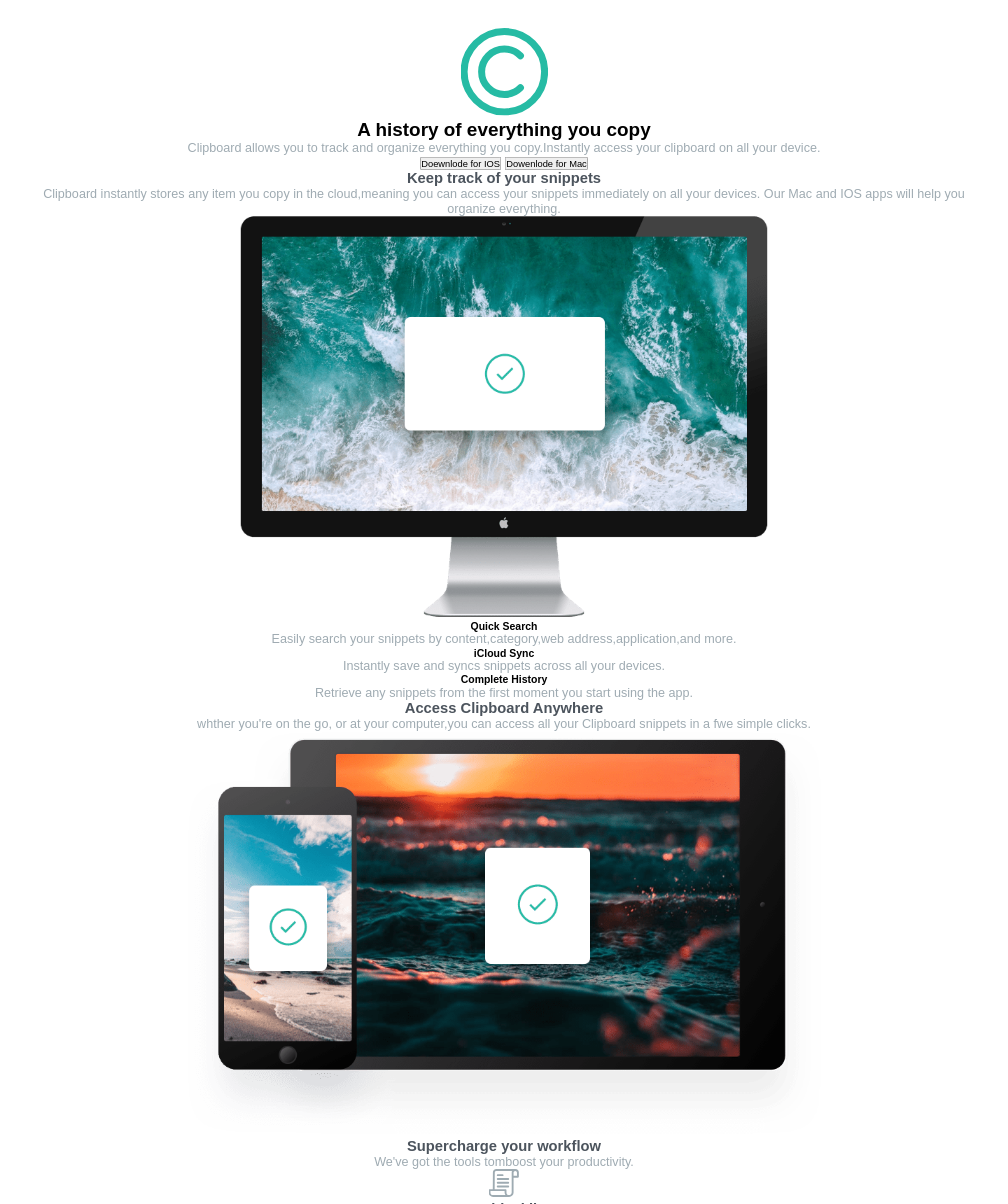
Repository: moataz305G/Clipboard-landing-page
Page: index.html
The author's editor kept a copy of each file at every save. The page is drawn from the files as they stood at one save, then again after the next save.
The browser window is 1280 px wide. The page is 1440 px wide, so the pictures cover 1440 px, including what lies to the right of the window. The pictures show the part of the page from y = 0 to 1720 px (the page is 2183 px tall before and 2713 px after), at 70% of full size.

Above is the page before, as saved 2025-12-04 11:27:03.

### index.html
<!DOCTYPE html>
<html lang="en">
  <head>
    <meta charset="UTF-8" />
    <meta name="viewport" content="width=device-width, initial-scale=1.0" />

    <link
      rel="icon"
      type="image/png"
      sizes="32x32"
      href="./images/favicon-32x32.png"
    />
    <title>Clipboard landing page</title>
    <link rel="stylesheet" href="style.css" />
  </head>
  <body>
    <div class="container">
      <article>
        <div class="hero">
          <img class="logo" src="images/logo.svg" alt="Clipboard Logo" />

          <h2>A history of everything you copy</h2>
          <p>
            Clipboard allows you to track and organize everything you
            copy.Instantly access your clipboard on all your device.
          </p>
          <button class="IOS-button">Doewnlode for IOS</button>
          <button class="Mac-button">Dowenlode for Mac</button>
        </div>

        <div class="snippets">
          <h3>Keep track of your snippets</h3>
          <p>
            Clipboard instantly stores any item you copy in the cloud,meaning
            you can access your snippets immediately on all your devices. Our
            Mac and IOS apps will help you organize everything.
          </p>
        </div>

        <img
          class="image-computer"
          src="images/image-computer.png"
          alt="Fuatures "
        />
        <div class="fuatures">
          <div>
            <h5>Quick Search</h5>
            <p>
              Easily search your snippets by content,category,web
              address,application,and more.
            </p>
          </div>
          <div>
            <h5>iCloud Sync</h5>
            <p>Instantly save and syncs snippets across all your devices.</p>
          </div>
          <div>
            <h5>Complete History</h5>
            <p>
              Retrieve any snippets from the first moment you start using the
              app.
            </p>
          </div>
        </div>

        <div class="access anywhere">
          <h3>Access Clipboard Anywhere</h3>
          <p>
            whther you're on the go, or at your computer,you can access all your
            Clipboard snippets in a fwe simple clicks.
          </p>
        </div>

        <img
          class="img-device"
          src="images/image-devices.png"
          alt="image-access-clipboard"
        />

        <div class="workflow">
          <h3>Supercharge your workflow</h3>
          <p>We've got the tools tomboost your productivity.</p>
        </div>

        <div class="tools">
          <div class="blacklist">
            <img src="images/icon-blacklist.svg " />
            <h3>Creat blacklists</h3>
            <p>
              Ensure sensitive information never makes it way to your clipboard
              by excluding certain sources.
            </p>
          </div>

          <div class="Plane-text">
            <img src="images/icon-text.svg" />
            <h3>Plane text snippets</h3>
            <p>
              Remove unwanted formatting from copied text for a consisitent
              look.
            </p>
          </div>

          <div class="preview">
            <img src="images/icon-preview.svg " />
            <h3>Sneak preview</h3>
            <p>
              Quick preview of all snippets on your clipboard for easy access
            </p>
          </div>
        </div>

        <div class="bag-campany">
          <img src="images/logo-google.png" />
          <img src="images/logo-ibm.png" />
          <img src="images/logo-microsoft.png" />
          <img src="images/logo-hp.png" />
          <img src="images/logo-vector-graphics.png" />
        </div>

        <div>
          <h3>Clipboard for iOS and Mac OS</h3>
          <p>
            Available for free on the app store,Download for Mac or ios, sync
            with iCloud and you're ready to start adding to your clipboard.
          </p>
          <button>Download for iOS</button>
          <button>Download for Mac</button>
        </div>
      </article>

      <footer>
        <div class="links">
          <ul>
            <li><a link="#">FAQs</a></li>
            <li><a link="#">Contact Us</a></li>
            <li><a link="#">Privacy Policy</a></li>
          </ul>
        </div>
        <div class="meadea">
          <img src="images/icon-facebook.svg" />
          <img src="images/icon-twitter.svg" />
          <img src="images/icon-instagram.svg" />
        </div>
      </footer>
    </div>
  </body>
</html>

### style.css
* {
  margin: 0;
  padding: 0;
}
body {
  width: 1440px;
  height: auto;
  margin: 0 auto;
  font-size: 18px;
  font-family: sans-serif;
}
h2 {
  color: #000;
}
h3 {
  color: #4c545d;
}
p {
  color: #9fabb2;
}

.container {
  display: grid;
  text-align: center;
  padding: 40px;
}
.hero {
}

After the next save:
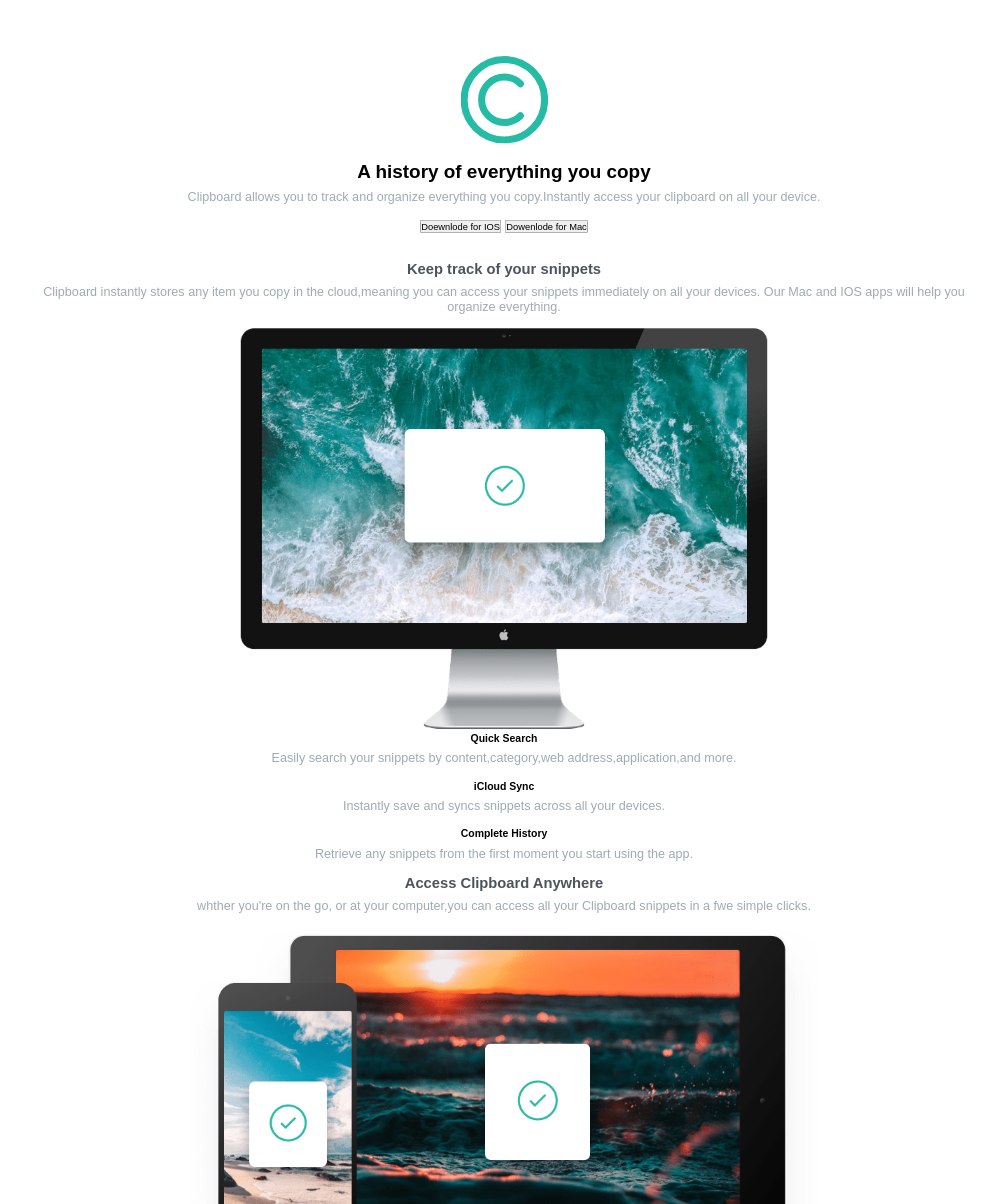
Saved 4 min 49 s later.
--- a/style.css
+++ b/style.css
@@ -11,12 +11,18 @@
 }
 h2 {
   color: #000;
+  margin-top: 20px;
+  margin-bottom: 10px;
 }
 h3 {
   color: #4c545d;
+  margin-top: 20px;
+  margin-bottom: 10px;
 }
 p {
   color: #9fabb2;
+  margin-top: 10px;
+  margin-bottom: 20px;
 }
 
 .container {
@@ -25,4 +31,5 @@
   padding: 40px;
 }
 .hero {
+  margin: 40px 0;
 }
